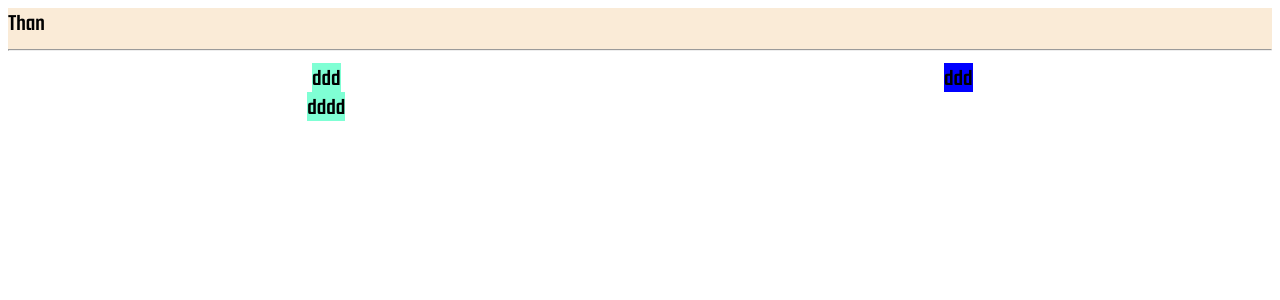
Repository: Than-dot/Than-dot
Page: index.html
These files come from the project's save history. The page is drawn as it stood at one moment and after a run of saves; the edit follows.
The browser window is 1280 px wide. The pictures show the whole page.

Above is the page before, as saved 2026-04-22 12:26:20.

After the next 3 saves:
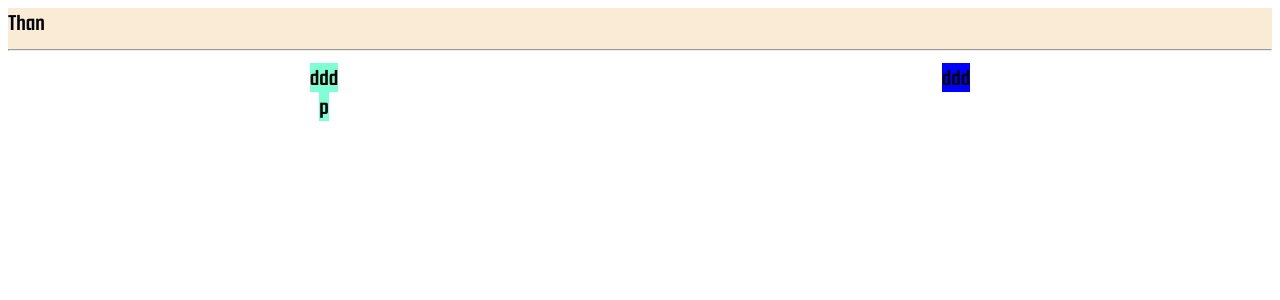
The 3 saves are shown as one change because they came seconds apart.
The last was saved 20 s later.
--- a/index.html
+++ b/index.html
@@ -16,7 +16,7 @@
     <main class="container">
       <article>ddd</article>
       <aside>ddd</aside>
-      <article class = stats>dddd</article>
+      <article class="stats">p</article>
     </main>
   </body>
 </html>
